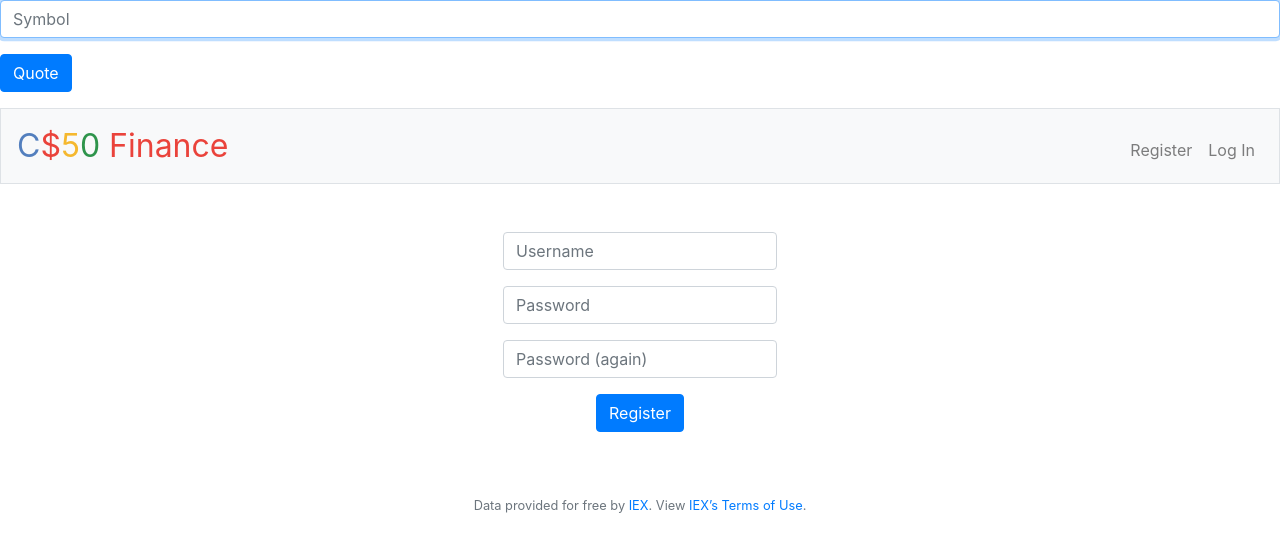
Repository: sanderdebr/cs50
Page: finance/templates/quote.html
The author's editor kept a record of every edit. The page is drawn from the files as they stood at one moment, then again after the next edit.
The browser window is 1280 px wide. The pictures show the whole page.
The template is drawn by Flask 3. The application's start-up code is not run. Other server files are loaded and not shown. The template is opened directly, without the code that normally fills it, so the values that code supplies are empty.

Above is the page before.

### finance/templates/quote.html
<form action="/quote" method="post">
        <div class="form-group">
            <input autocomplete="off" autofocus="" class="form-control" name="symbol" placeholder="Symbol" type="text">
        </div>
        <button class="btn btn-primary" type="submit">Quote</button>
    </form>

    {% extends "layout.html" %}

{% block title %}
    Log In
{% endblock %}

{% block main %}
    <form action="/register" method="post">
        <div class="form-group">
            <input autocomplete="off" autofocus class="form-control" name="username" placeholder="Username" type="text">
        </div>
        <div class="form-group">
            <input class="form-control" name="password" placeholder="Password" type="password">
        </div>
        <div class="form-group">
            <input class="form-control" name="password2" placeholder="Password (again)" type="password">
        </div>
        <button class="btn btn-primary" type="submit">Register</button>
    </form>
{% endblock %}

### finance/templates/layout.html
<!DOCTYPE html>

<html lang="en">

    <head>

        <!-- Required meta tags -->
        <meta charset="utf-8">
        <meta name="viewport" content="width=device-width, initial-scale=1, shrink-to-fit=no">

        <!-- documentation at http://getbootstrap.com/docs/4.1/, alternative themes at https://bootswatch.com/ -->
        <link href="https://maxcdn.bootstrapcdn.com/bootstrap/4.1.3/css/bootstrap.min.css" rel="stylesheet">

        <!-- https://favicon.io/emoji-favicons/money-mouth-face/ -->
        <link href="/static/favicon.ico" rel="icon">

        <link href="/static/styles.css" rel="stylesheet">

        <script src="https://code.jquery.com/jquery-3.3.1.min.js"></script>
        <script src="https://cdnjs.cloudflare.com/ajax/libs/popper.js/1.14.3/umd/popper.min.js"></script>
        <script src="https://maxcdn.bootstrapcdn.com/bootstrap/4.1.3/js/bootstrap.min.js"></script>

        <title>C$50 Finance: {% block title %}{% endblock %}</title>

    </head>

    <body>

        <nav class="navbar navbar-expand-md navbar-light bg-light border">
            <a class="navbar-brand" href="/"><span class="blue">C</span><span class="red">$</span><span class="yellow">5</span><span class="green">0</span> <span class="red">Finance</span></a>
            <button aria-controls="navbar" aria-expanded="false" aria-label="Toggle navigation" class="navbar-toggler" data-target="#navbar" data-toggle="collapse" type="button">
                <span class="navbar-toggler-icon"></span>
            </button>
            <div class="collapse navbar-collapse" id="navbar">
                {% if session.user_id %}
                    <ul class="navbar-nav mr-auto mt-2">
                        <li class="nav-item"><a class="nav-link" href="/quote">Quote</a></li>
                        <li class="nav-item"><a class="nav-link" href="/buy">Buy</a></li>
                        <li class="nav-item"><a class="nav-link" href="/sell">Sell</a></li>
                        <li class="nav-item"><a class="nav-link" href="/history">History</a></li>
                    </ul>
                    <ul class="navbar-nav ml-auto mt-2">
                        <li class="nav-item"><a class="nav-link" href="/change-password">Change password</a></li>
                        <li class="nav-item"><a class="nav-link" href="/logout">Log Out</a></li>
                    </ul>
                {% else %}
                    <ul class="navbar-nav ml-auto mt-2">
                        <li class="nav-item"><a class="nav-link" href="/register">Register</a></li>
                        <li class="nav-item"><a class="nav-link" href="/login">Log In</a></li>
                    </ul>
                {% endif %}
            </div>
        </nav>

        {% if get_flashed_messages() %}
            <header>
                <div class="alert alert-primary border text-center" role="alert">
                    {{ get_flashed_messages() | join(" ") }}
                </div>
            </header>
        {% endif %}

        <main class="container p-5">
            {% block main %}{% endblock %}
        </main>

        <footer class="small text-center text-muted">
            Data provided for free by <a href="https://iextrading.com/developer">IEX</a>. View <a href="https://iextrading.com/api-exhibit-a/">IEX’s Terms of Use</a>.
        </footer>

    </body>

</html>

Loaded but not shown: finance/static/styles.css (common file)

After the next edit:
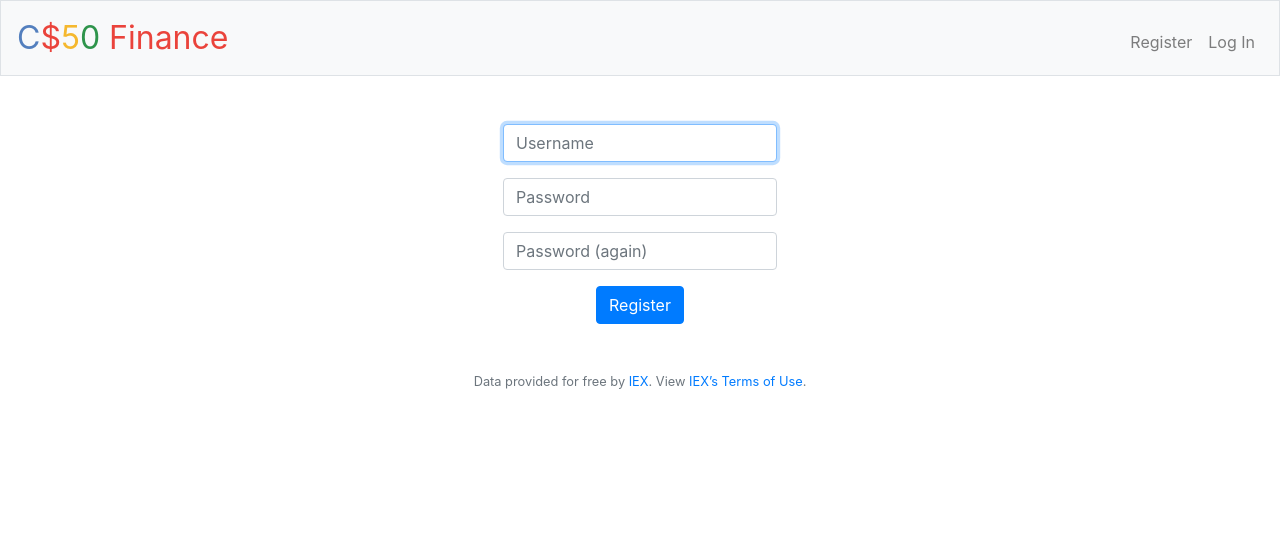
The edit:
--- a/finance/templates/quote.html
+++ b/finance/templates/quote.html
@@ -1,11 +1,4 @@
-<form action="/quote" method="post">
-        <div class="form-group">
-            <input autocomplete="off" autofocus="" class="form-control" name="symbol" placeholder="Symbol" type="text">
-        </div>
-        <button class="btn btn-primary" type="submit">Quote</button>
-    </form>
-
-    {% extends "layout.html" %}
+{% extends "layout.html" %}
 
 {% block title %}
     Log In
